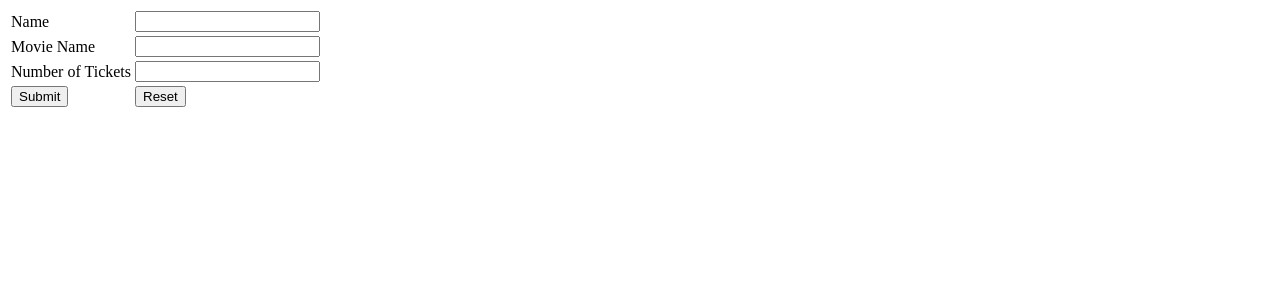
Repository: kishangk10/AllJava
Page: eclipse-workspace/project.bookmyshow/src/main/webapp/input.html
An editor plug-in stored every save of this project. The page is shown before and after the next save, followed by the edit.
The browser window is 1280 px wide. The pictures show the whole page.

Above is the page before, as saved 2023-02-17 06:27:41.

After the next save:
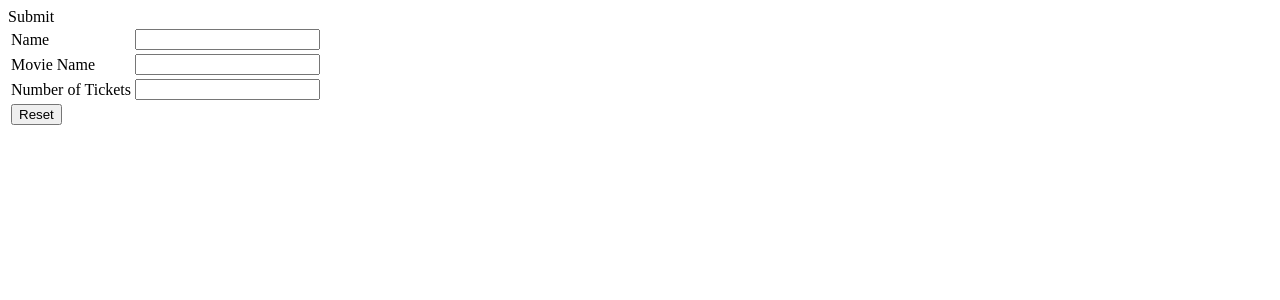
Saved 79 s later.
--- a/eclipse-workspace/project.bookmyshow/src/main/webapp/input.html
+++ b/eclipse-workspace/project.bookmyshow/src/main/webapp/input.html
@@ -6,24 +6,27 @@
 </head>
 <body>
 
-<form action="">
-<table>
+	<form action="">
+		<table>
 			<tr>
-				<td><label>Name</label></td>
-				<td><input type="text" name="cname"></td>
+				<td><label for="name">Name</label></td>
+				<td><input type="text" id="name" name="cname"></td>
 			</tr>
 			<tr>
-				<td><label>Movie Name</label></td>
-				<td><input type="text" name="mname"></td>
+				<td><label for="mn">Movie Name</label></td>
+				<td><input type="text" id="mn" name="mname"></td>
 			</tr>
 			<tr>
-				<td><label>Number of Tickets</label></td>
-				<td><input type="number" name="tickets"></td>
+				<td><label for="tn">Number of Tickets</label></td>
+				<td><input type="number" id="tn" name="tickets"></td>
 			</tr>
-			<tr>
-				<td><button type="submit">Submit</button></td>
+			Submit
+			</button>
+			</td>
 				<td><button type="reset">Reset</button></td>
 			</tr>
+
+
 		</table>
 
 </form>
